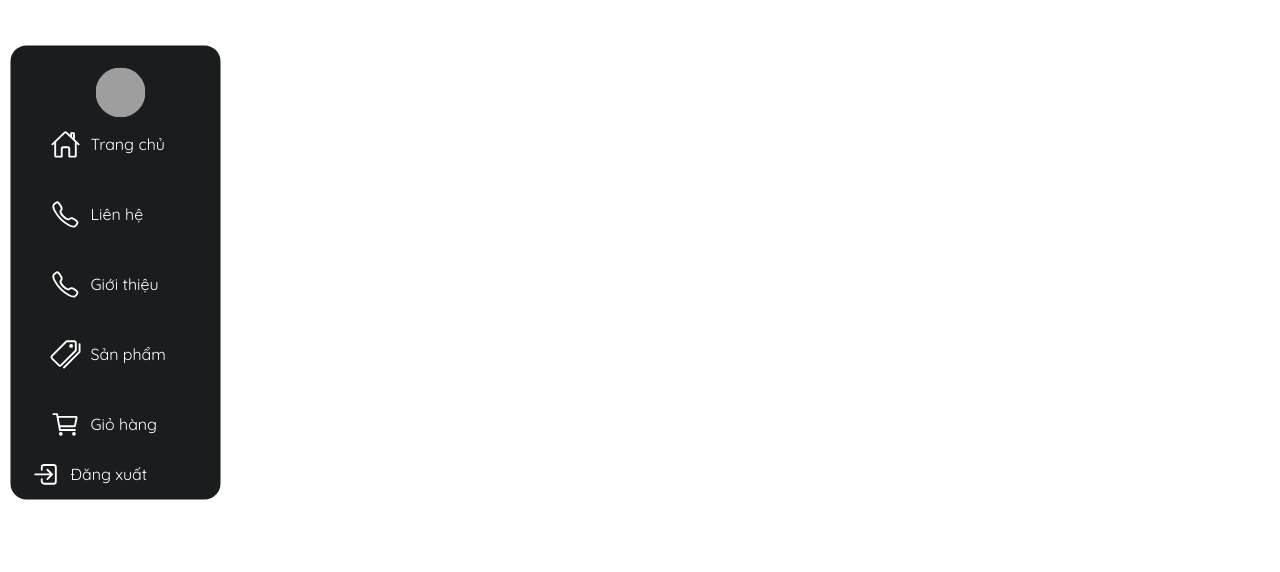
Repository: Fuocmanh/demo
Page: site/nav.html
The author's editor kept a copy of each file at every save. The page is drawn from the files as they stood at one save, then again after the next save.
The browser window is 1280 px wide. The pictures show the whole page.
Pictures or frames that could not be fetched are drawn as grey boxes.

Above is the page before, as saved 2022-12-30 12:32:26.

### site/nav.html
<!DOCTYPE html>
<html lang="en">

<head>
    <meta charset="UTF-8">
    <meta name="viewport" content="width=device-width, initial-scale=1" />
    <link rel="stylesheet" href="../css/style.css">
    <script type="module" src="https://unpkg.com/ionicons@5.5.2/dist/ionicons/ionicons.esm.js"></script>
    <script nomodule src="https://unpkg.com/ionicons@5.5.2/dist/ionicons/ionicons.js"></script>
</head>

<body class="box">
    <div class="sidebar">
        <a href="#" class="logo">
            <img src="https://i.pinimg.com/550x/dd/6d/22/dd6d2277032c5f365dd3149d45b3a820.jpg" alt="" class="logo-image" />
        </a>
        <nav>
            <ul class="menu">
                <li class="menu-item">
                    <a href="#" class="menu-link">
                        <ion-icon name="home-outline"></ion-icon>
                        <span>Trang chủ</span>
                    </a>
                </li>
                <li class="menu-item">
                    <a href="#" class="menu-link">
                        <ion-icon name="call-outline"></ion-icon>
                        <span>Liên hệ</span>
                    </a>
                </li>
                <li class="menu-item">
                    <a href="#" class="menu-link">
                        <ion-icon name="call-outline"></ion-icon>
                        <span>Giới thiệu</span>

                    </a>
                </li>
                <li class="menu-item">
                    <a href="#" class="menu-link">
                        <ion-icon name="pricetags-outline"></ion-icon>
                        <span>Sản phẩm</span>
                    </a>
                </li>
                <li class="menu-item">
                    <a href="#" class="menu-link">
                        <ion-icon name="cart-outline"></ion-icon>
                        <span>Giỏ hàng</span>
                    </a>
                </li>
                <li class="menu-item" style="margin: -20px;">
                    <a href="#" class="menu-link">
                        <ion-icon name="log-in-outline"></ion-icon>
                        <span>Đăng xuất</span>
                    </a>
                </li>
            </ul>
        </nav>

        <!-- <div class="">
            <a href="#!"><ion-icon name="log-in-outline"></ion-icon></a>
        </div> -->
    </div>
    <script src="../js/style.js"></script>
</body>

</html>

### css/style.css
@import url('https://fonts.googleapis.com/css2?family=Quicksand:wght@300;400;500;600;700&display=swap');

html {
    font-family: 'Quicksand', sans-serif;
}

* {
    /* font-size: 18px; */
    width: 100%;
    margin: 0px;
    padding: 0px;
    box-sizing: border-box;
}


.sidebar {
    background-color: #1A1C1E;
    width: max-content;
    height: 100%;
    padding: 30px 5px;
    border-radius: 16px;
    transform: translate(5%,10%);
}

ion-icon {
    font-size: 30px;
    color: #FFFFFF;
}

.logo{
    width: 100%;
    height: 50px;

}
.logo-image{
    transform: translateY(-8px);
    margin: 0 40%;
    width: 50px;
    height: 50px;
    border-radius: 50%;
}
.menu {
    width: 200px;

}


li {
    display: flex;
    align-items: center;
    justify-content: center;
  margin-bottom: 40px;
}

.menu-link {
    display: flex;
    color: #FFFFFF;
    list-style: none;
    text-decoration: none;
}

.menu-link span {
    transform: translate(-25px, 5px);
}

### js/style.js
var nav = document.getElementById('nav');
function hideShowNav(){
    display=nav.style.display ;
    display=='none'?nav.style.display ='block':nav.style.display ='none';
    // nav.style.opacity='1';
}
// function onchane(){
//     let width = document.getElementsByClassName('.box').style.width='50%';
// console.log(width);
// }

After the next save:
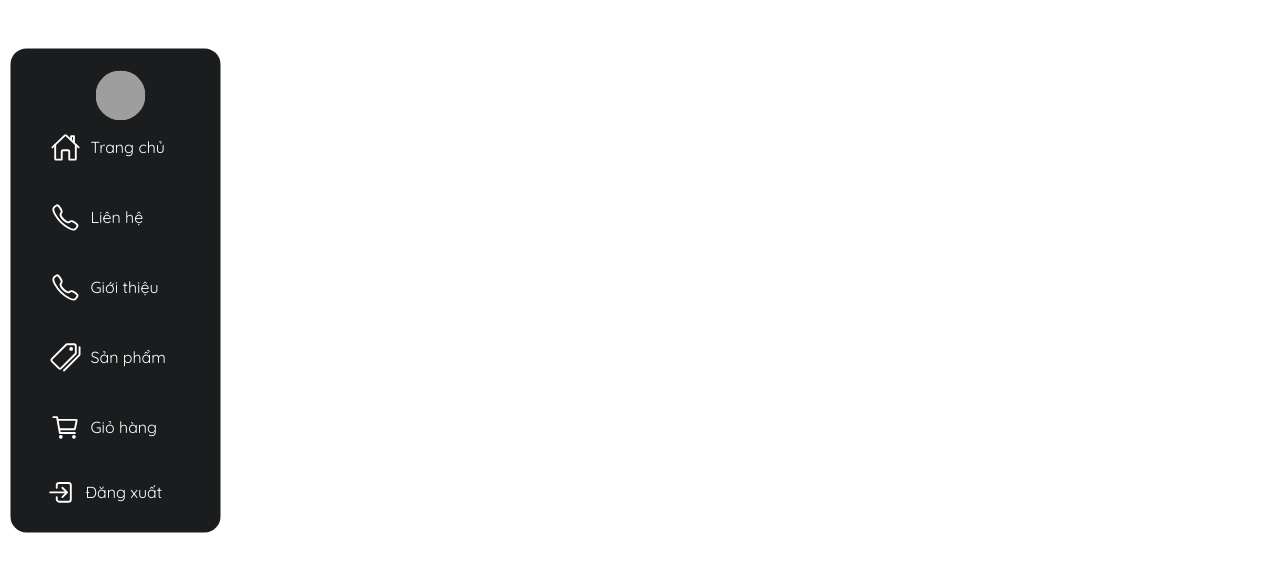
Saved 7 s later.
--- a/site/nav.html
+++ b/site/nav.html
@@ -47,7 +47,7 @@
                         <span>Giỏ hàng</span>
                     </a>
                 </li>
-                <li class="menu-item" style="margin: -20px;">
+                <li class="menu-item" style="margin: -5px;">
                     <a href="#" class="menu-link">
                         <ion-icon name="log-in-outline"></ion-icon>
                         <span>Đăng xuất</span>
